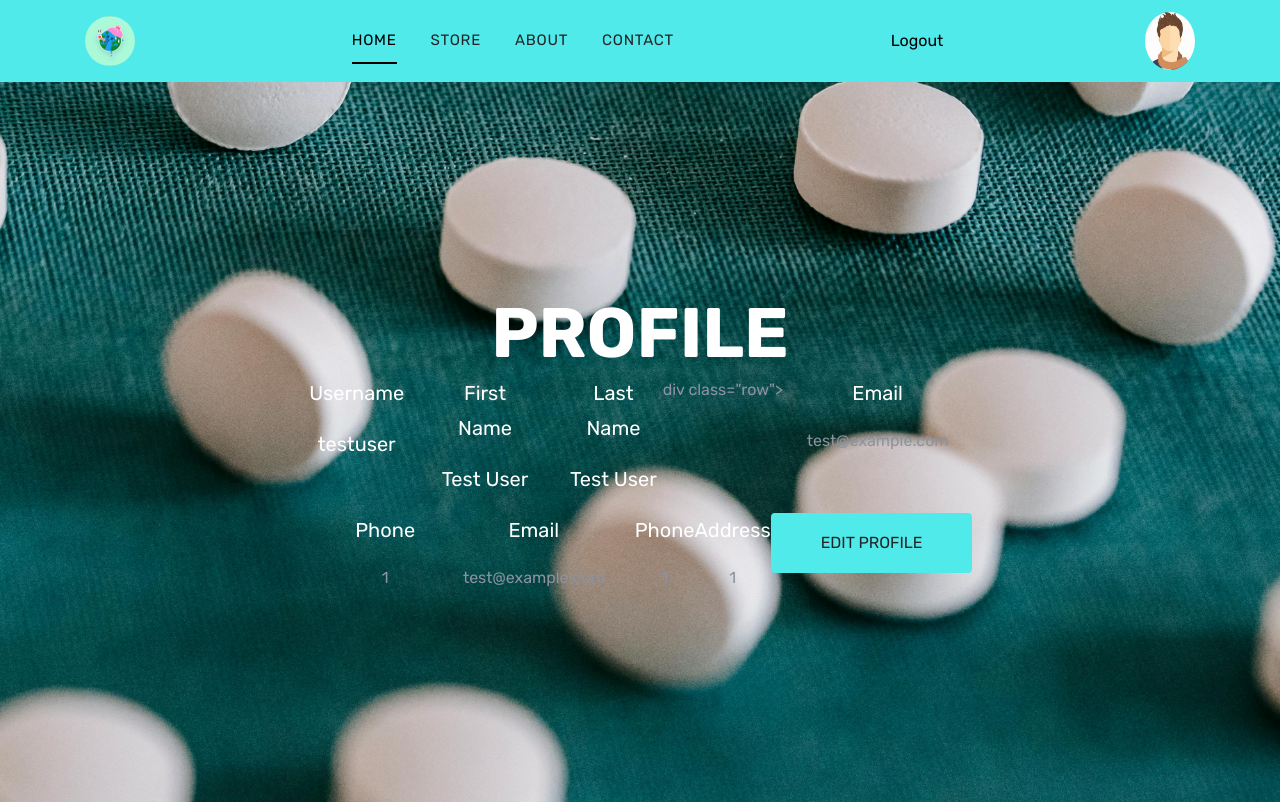
Repository: Argivist/Web-Doctor
Page: http://localhost/view/profile.php
The author's editor kept a copy of each file at every save. The page is drawn from the files as they stood at one save, then again after the next save.
The browser window is 1280 px wide. The pictures show the whole page.
Some web fonts or font styles are not loaded; a fallback is used. The page is run by PHP 8.4 with error messages shown; the project is at /var/www/html/. The session is filled in as if someone had signed in: {"id": 1, "username": "testuser", "fname": "Test User", "lname": "Test User", "email": "test@example.com", "phone": 1, "address": 1}.

Above is the page before, as saved 2024-02-20 21:15:47.

After the next save:
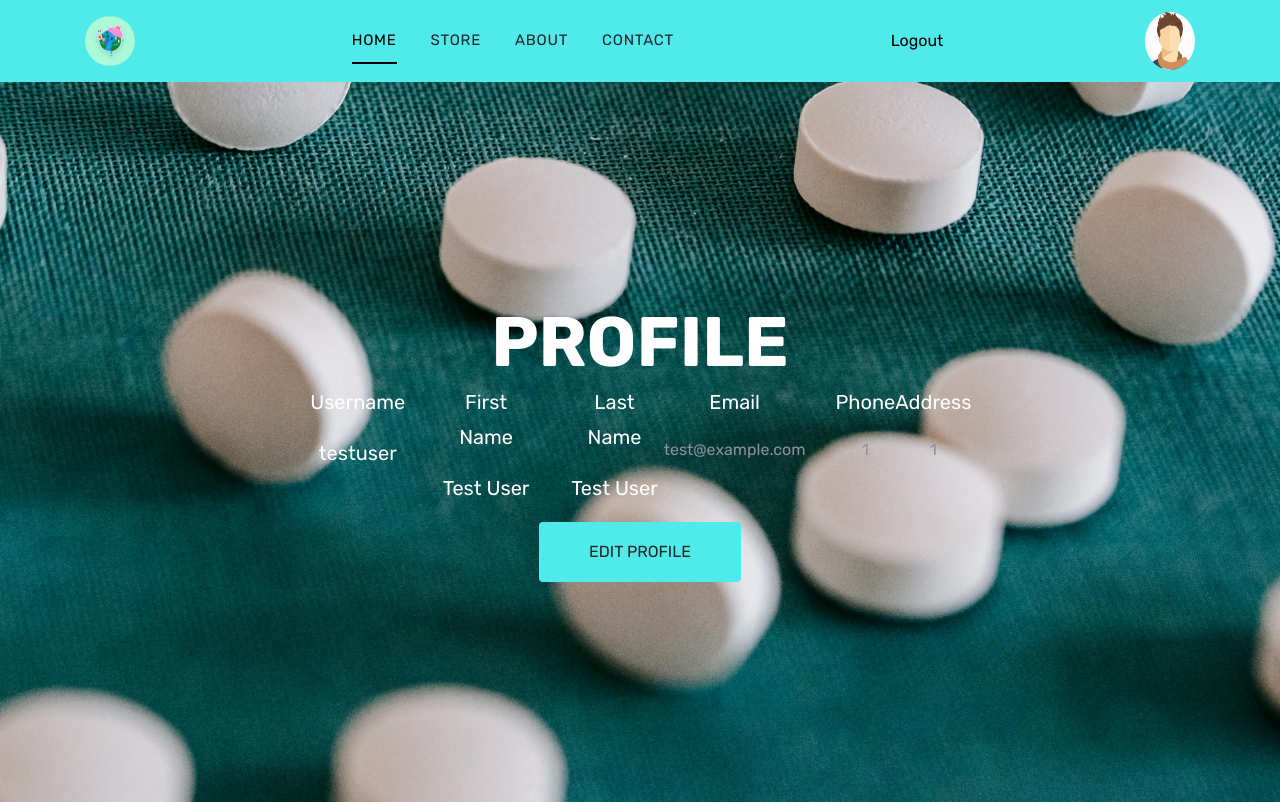
Saved 15 s later.
--- a/view/profile.php
+++ b/view/profile.php
@@ -103,17 +103,7 @@ session_start();
                                                             ?></p>
                                     </div>
                                 </div>
-                                div class="row">
-                                    <div class="col">
-                                        <p>Email</p><?php
-                                                    echo $_SESSION['email'];
-                                                    ?>
-                                    </div>
-                                    <div class="col">
-                                        <p>Phone</p><?php
-                                                    echo $_SESSION['phone'];
-                                                    ?>
-                                    </div>
+
                                 <div class="row">
                                     <div class="col">
                                         <p>Email</p><?php
